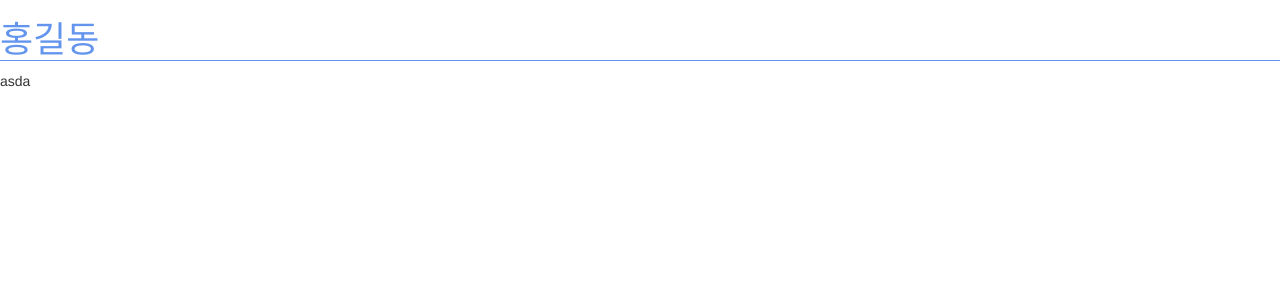
Repository: kimgyuseok/Server
Page: http://localhost/JSPTest/ex04ok.jsp
These files come from the project's save history. The page is drawn as it stood at one moment and after the next save; the edit follows.
The browser window is 1280 px wide. The pictures show the whole page.
The page is served by Tomcat 9.

Above is the page before, as saved 2022-01-06 03:16:21.

### JSPTest/src/main/webapp/ex04ok.jsp
<%@page import="java.util.Random"%>
<%@page import="java.util.Calendar"%>
<%@ page language="java" contentType="text/html; charset=UTF-8"
    pageEncoding="UTF-8"%>
<%
	String name="홍길동";
	int age = 20;
	String color = "cornflowerblue";
	String txt="asda";

%>
<!DOCTYPE html>
<html>
<head>
<meta charset="UTF-8">
<title>Insert title here</title>

<%@ include file="inc/asset.jsp" %>

<style>
	h1{
	border-bottom: 1px solid <%=color%>;
	}
</style>
</head>
<body>

	<h1 style="color: <%=color%>;" id="title"><%=name %></h1>

	<p><%= txt %></p>

	<%@ include file="inc/copyright.jsp"%>

</body>
</html>

### JSPTest/src/main/webapp/inc/asset.jsp
<%@ page language="java" contentType="text/html; charset=UTF-8"
    pageEncoding="UTF-8"%>
<!-- asset.jsp -->

<link rel="stylesheet" href="/jsp/asset/css/bootstrap.css">

<script src="/jsp/asset/js/jquery-1.12.4.js"></script>
<script src="/jsp/asset/js/bootstrap.js"></script>

### JSPTest/src/main/webapp/inc/copyright.jsp
<%@ page language="java" contentType="text/html; charset=UTF-8"
    pageEncoding="UTF-8"%>

<link rel="stylesheet" href="/jsp/asset/css/bootstrap.css">

<script src="/jsp/asset/js/jquery-1.12.4.js"></script>
<script src="/jsp/asset/js/bootstrap.js"></script>

Loaded but not shown: JSPTest/src/main/webapp/asset/css/bootstrap.css (library); JSPTest/src/main/webapp/asset/js/jquery-1.12.4.js (library); JSPTest/src/main/webapp/asset/js/bootstrap.js (library)

After the next save:
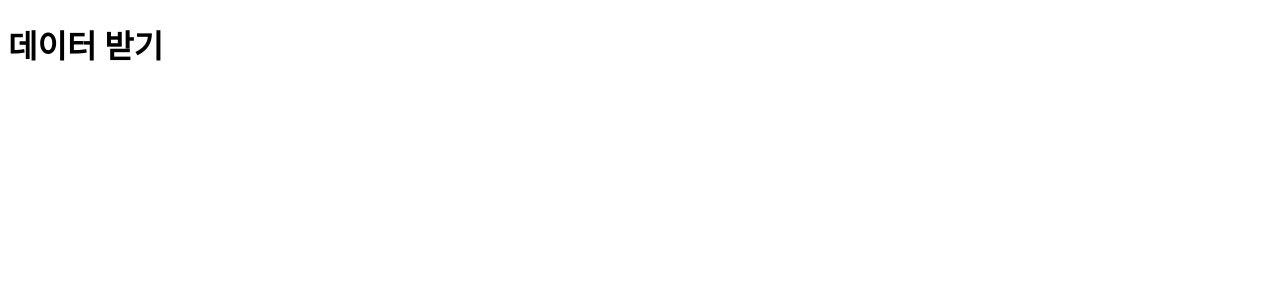
Saved 24 s later.
--- a/JSPTest/src/main/webapp/ex04ok.jsp
+++ b/JSPTest/src/main/webapp/ex04ok.jsp
@@ -1,35 +1,16 @@
-<%@page import="java.util.Random"%>
-<%@page import="java.util.Calendar"%>
+
 <%@ page language="java" contentType="text/html; charset=UTF-8"
     pageEncoding="UTF-8"%>
-<%
-	String name="홍길동";
-	int age = 20;
-	String color = "cornflowerblue";
-	String txt="asda";
 
-%>
 <!DOCTYPE html>
 <html>
 <head>
 <meta charset="UTF-8">
 <title>Insert title here</title>
-
-<%@ include file="inc/asset.jsp" %>
-
-<style>
-	h1{
-	border-bottom: 1px solid <%=color%>;
-	}
-</style>
 </head>
 <body>
+	<h1>데이터 받기</h1>
 
-	<h1 style="color: <%=color%>;" id="title"><%=name %></h1>
-
-	<p><%= txt %></p>
-
-	<%@ include file="inc/copyright.jsp"%>
 
 </body>
 </html>
